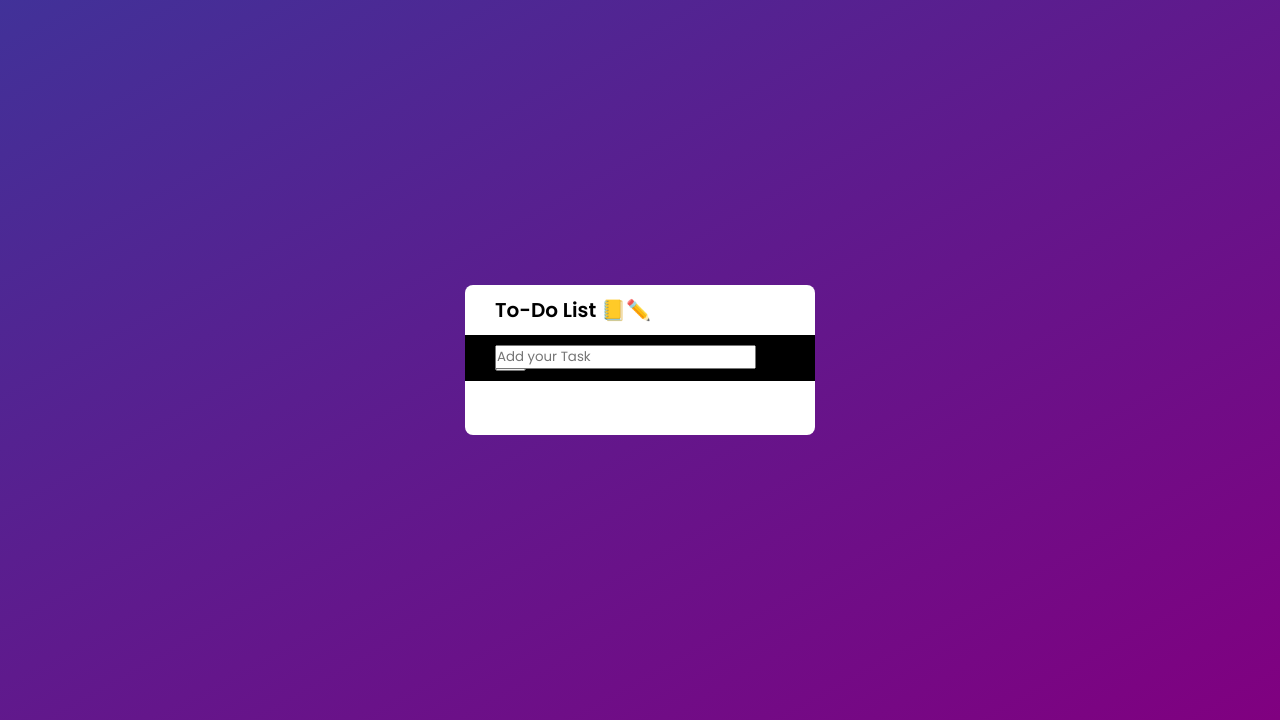
Repository: Ankitkr2021/To-Do-List
Page: index.html
These files come from the project's save history. The page is drawn as it stood at one moment and after the next save; the edit follows.
The browser window is 1280 px wide. The pictures show the whole page.

Above is the page before, as saved 2025-10-03 10:05:49.

### index.html
<!DOCTYPE html>
<html lang="en">
<head>
    <meta charset="UTF-8">
    <meta name="viewport" content="width=device-width, initial-scale=1.0">
    <title>To-Do-List</title>
    <link rel="stylesheet" href="./style.css">
</head>
<body>
    <div class="box">
        <h1>To-Do List 📒✏️</h1>
        <div class="task">
        <input id="add" type="text" placeholder="Add your Task">
        <button type="submit">Add</button>
        </div>
    </div>
</body>
</html>

### style.css
@import url("https://fonts.googleapis.com/css2?family=Poppins:wght@300;400;500;600;700&display=swap");

*{
    margin: 0;
    padding: 0;
    box-sizing: border-box;
    font-family: 'Poppins',sans-serif;
}

body{
    display: flex;
    justify-content: center;
    align-items: center;
    height: 100vh;
    background: linear-gradient(to bottom right, rgba(40, 22, 139, 0.884), purple);
}

.box {
    background: #fff;
    height: 150px;
    max-height: 300px;
    width: 350px;
    border-radius: 8px;
}

.box h1 {
    padding: 10px 30px;
    font-size: 20px;
    font-weight: 600;
}

.task {
    background: #000;
    /* text-align: center; */
    padding: 10px 30px;
    position: relative;
}

.task input {
    content: "";
    position: absolute;
}

After the next save:
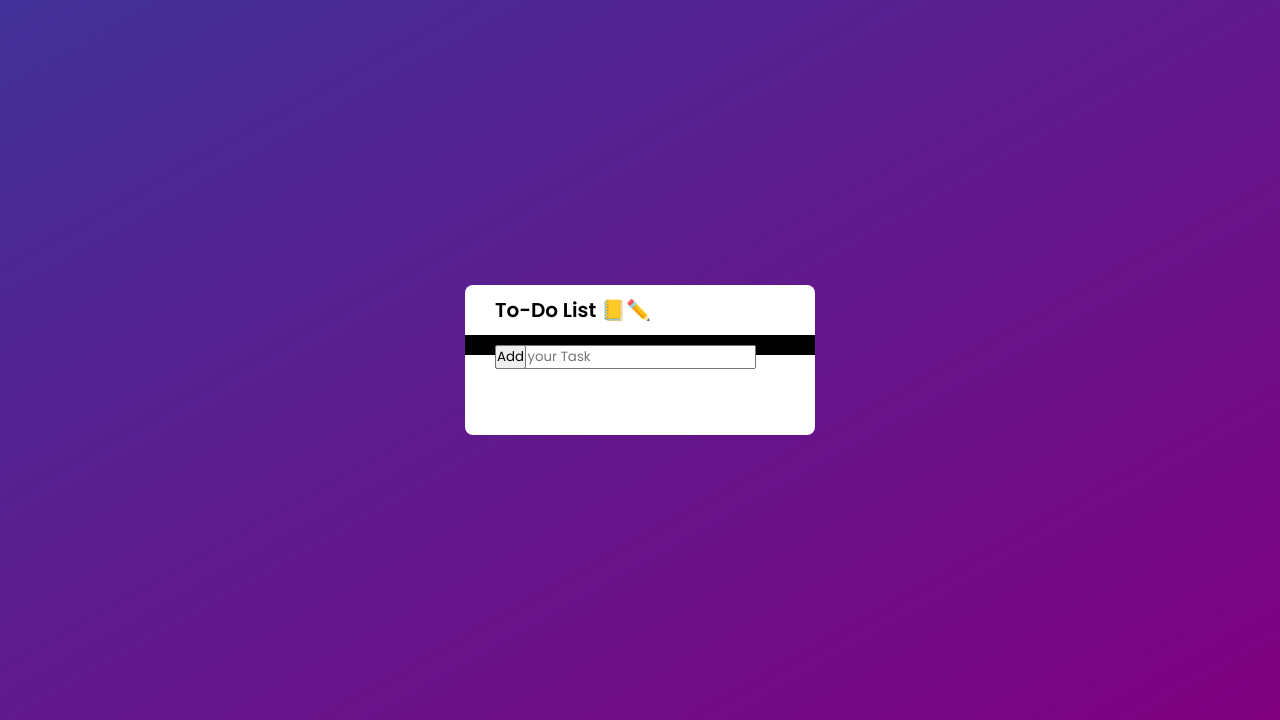
Saved 14 s later.
--- a/style.css
+++ b/style.css
@@ -40,3 +40,8 @@ body{
     content: "";
     position: absolute;
 }
+
+.task button {
+    content: "";
+    position: absolute;
+}
